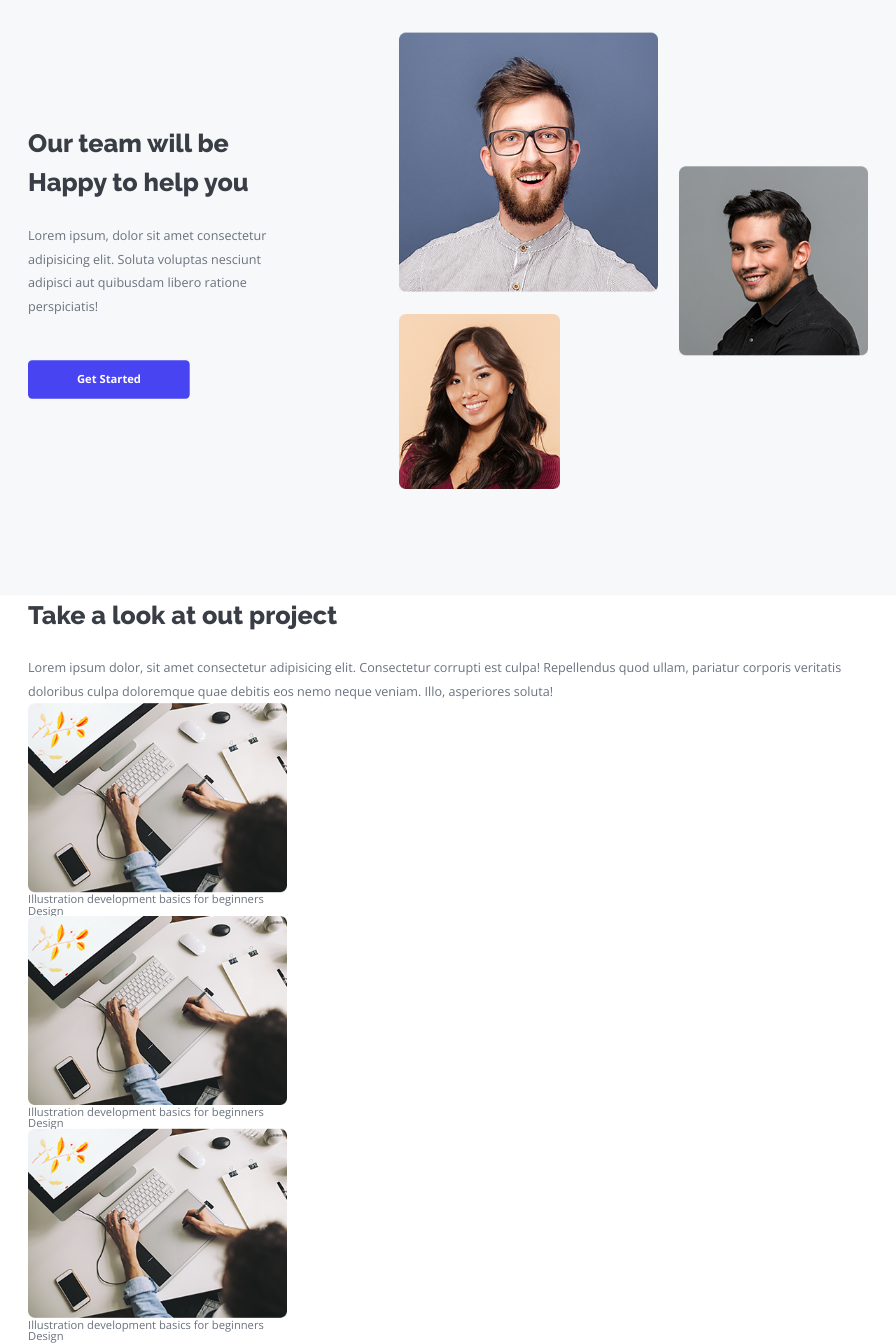
Repository: kate30980/LP-practiceoctavian
Page: index.html
An editor plug-in stored every save of this project. The page is shown before and after the next save, followed by the edit.
The browser window is 1280 px wide. The pictures show the part of the page from y = 4181 to 6101 px (the page is 6101 px tall), at 70% of full size.
The style sheet was rebuilt from its Sass, Less or Tailwind sources for each picture, by a compiler version that may differ from the author's.

Above is the page before, as saved 2021-08-25 16:45:53.

After the next save:
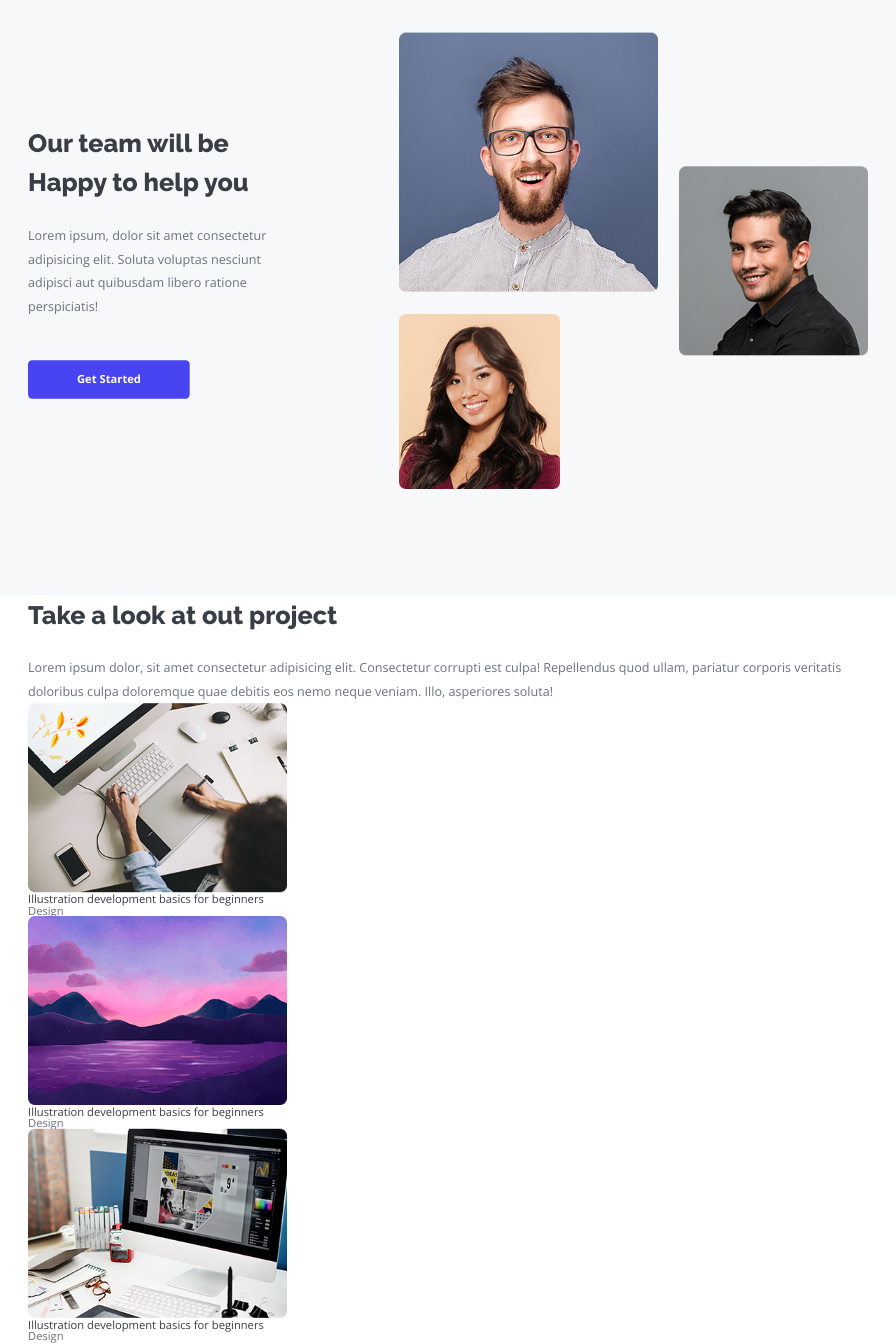
Saved 62 s later.
--- a/index.html
+++ b/index.html
@@ -195,21 +195,21 @@
                         <div class="blog-image">
                             <img src="./images/blog1.png" alt="blog1">
                         </div>
-                        <h3 class="blog-title">Illustration development basics for beginners</h3>
+                        <h2 class="blog-title">Illustration development basics for beginners</h2>
                         <p class="blog-category">Design</p>
                     </div>
                     <div class="blog-item">
                         <div class="blog-image">
-                            <img src="./images/blog1.png" alt="blog1">
-                        </div>
-                        <h3 class="blog-title">Illustration development basics for beginners</h3>
+                            <img src="./images/blog2.png" alt="blog1">
+                        </div>
+                        <h2 class="blog-title">Illustration development basics for beginners</h2>
                         <p class="blog-category">Design</p>
                     </div>
                     <div class="blog-item">
                         <div class="blog-image">
-                            <img src="./images/blog1.png" alt="blog1">
-                        </div>
-                        <h3 class="blog-title">Illustration development basics for beginners</h3>
+                            <img src="./images/blog3.png" alt="blog1">
+                        </div>
+                        <h2 class="blog-title">Illustration development basics for beginners</h2>
                         <p class="blog-category">Design</p>
                     </div>
                 </div>
